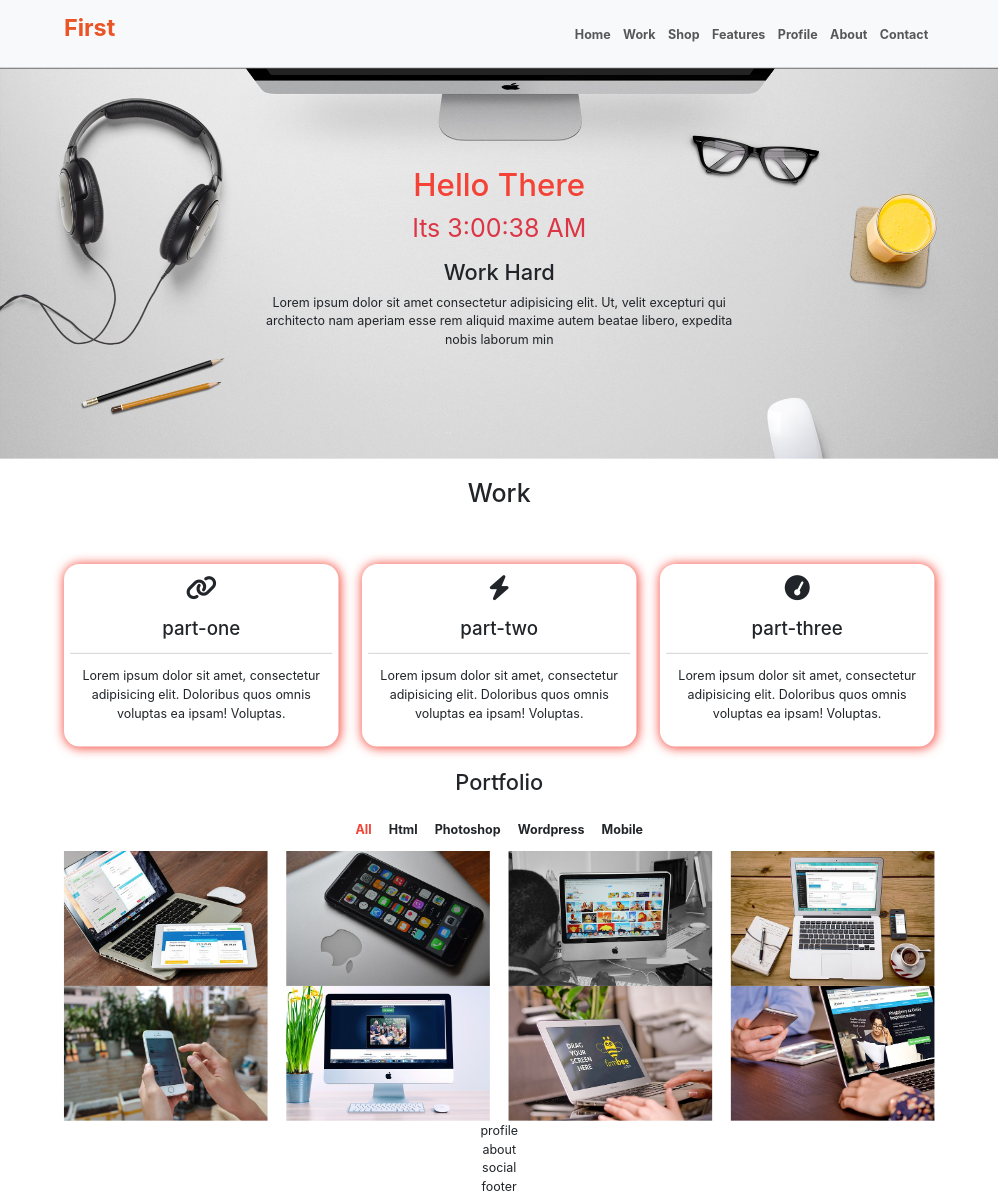
Repository: Hager-h/temple
Page: /
These files come from the project's save history. The page is drawn as it stood at one moment and after the next save; the edit follows.
The browser window is 1280 px wide. The pictures show the whole page, at 78% of full size.
The project was rebuilt for these pictures with package versions that can differ from the ones it lists, and the page was loaded fresh each time. Also part of the build but not shown: src/components/contact/index.js, src/components/Shop/shop.css, src/components/Shop/Shop.js, src/components/card/card.css, src/components/card/Card.js.

Above is the page before, as saved 2023-07-17 15:32:25.

After the next save:
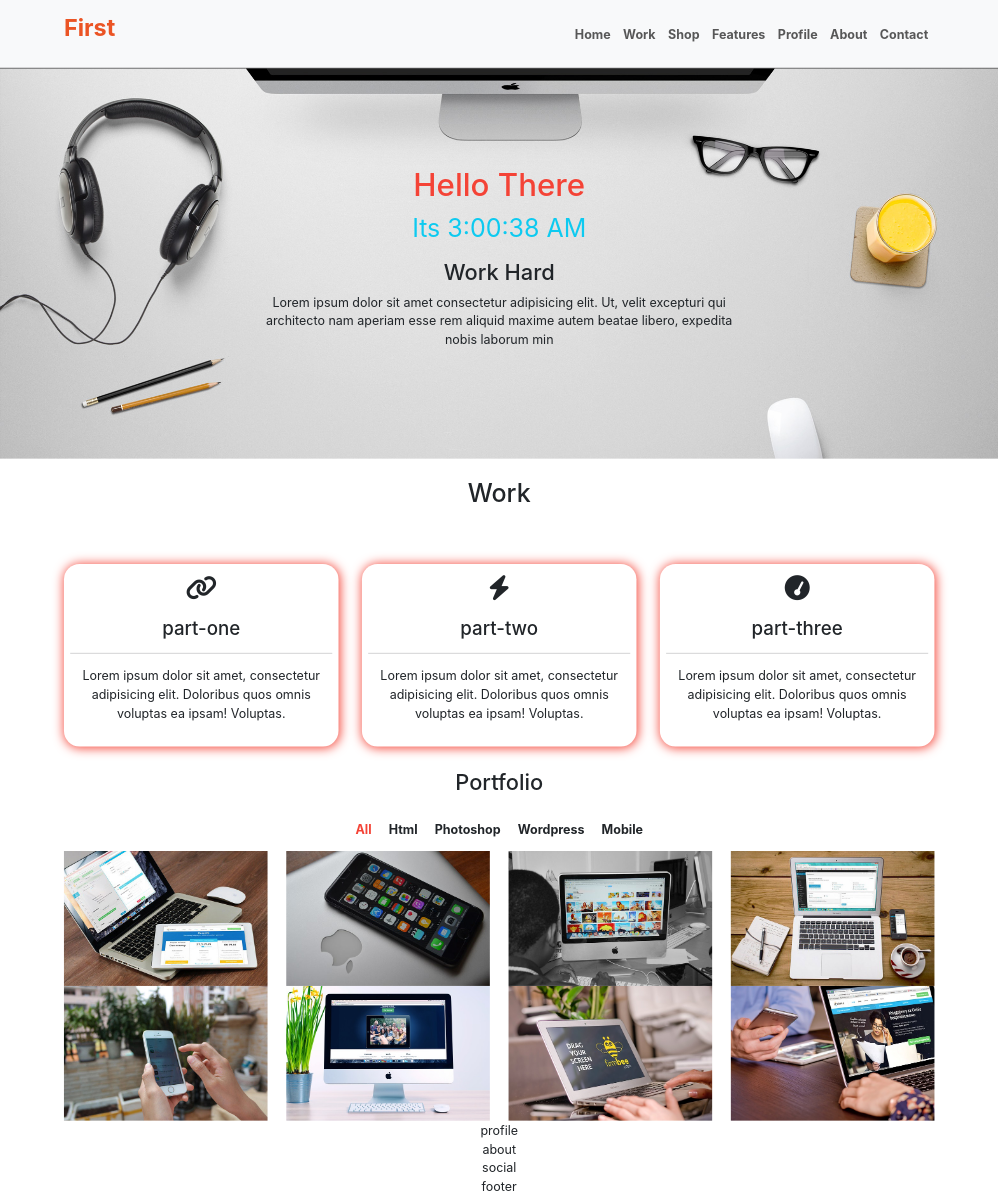
Saved 23 s later.
--- a/src/components/landing/landing.js
+++ b/src/components/landing/landing.js
@@ -15,7 +15,7 @@ export default function Landing() {
 
     <h1>hello there
     </h1>
-              <p className="text-danger fs-2"> Its {time}</p>
+              <p className="text-info fs-2"> Its {time}</p>
 <h3>work hard </h3>
 <p>Lorem ipsum dolor sit amet consectetur adipisicing elit. Ut, velit excepturi qui architecto nam aperiam esse rem aliquid maxime autem beatae libero, expedita nobis laborum min</p>
 
